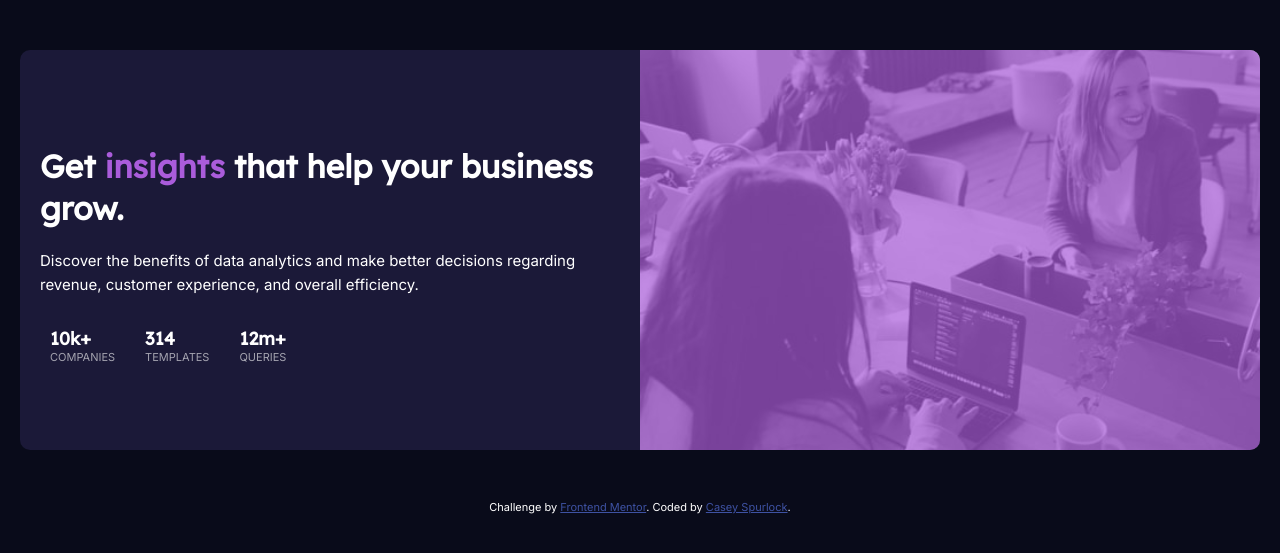
Repository: CaseySpurlock/stats-prewiew-component
Page: index.html
An editor plug-in stored every save of this project. The page is shown before and after the next save, followed by the edit.
The browser window is 1280 px wide. The pictures show the whole page.

Above is the page before, as saved 2021-06-22 12:29:13.

### index.html
<!DOCTYPE html>
<html lang="en">
<head>
  <meta charset="UTF-8">
  <meta name="viewport" content="width=device-width, initial-scale=1.0"> <!-- displays site properly based on user's device -->

  <link rel="icon" type="image/png" sizes="32x32" href="./images/favicon-32x32.png">

  <title>Frontend Mentor | Stats preview card component</title>

  <link rel="stylesheet" href="styles.css">
  <link rel="preconnect" href="https://fonts.googleapis.com">
  <link rel="preconnect" href="https://fonts.gstatic.com" crossorigin>
  <link href="https://fonts.googleapis.com/css2?family=Inter:wght@400;700&family=Lexend+Deca&display=swap" rel="stylesheet">

</head>

<body>

  <div class="container">
    <div class="card picture">
      <div class="overlay"></div>
    </div>
      <div class="card">
        <h1>Get <span>insights</span> that help your business grow.</h1>
      <p>Discover the benefits of data analytics and make better decisions regarding revenue, customer
        experience, and overall efficiency.</p>
        <ul>
          <li><span>10k+</span> companies</li>
          <li><span>314</span> templates</li>
          <li><span>12m+ </span> queries</li>
      </div>
      </div>








  <div class="attribution">
    Challenge by <a href="https://www.frontendmentor.io?ref=challenge" target="_blank">Frontend Mentor</a>.
    Coded by <a href="#">Casey Spurlock</a>.
  </div>
</body>
</html>

### styles.css
:root {
    --Very-dark-blue: hsl(233, 47%, 7%);
    --Dark-desaturated-blue: hsl(244, 38%, 16%);
    --Soft-violet: hsl(277, 64%, 61%);
    --White: hsl(0, 0%, 100%);
    --Slightly-transparent -white: hsla(0, 0%, 100%, 0.75);
    --Slightly-transparent-white: hsla(0, 0%, 100%, 0.6);
}

* {
    margin: 0;
    padding: 0;
    box-sizing: border-box;
}

img {
    max-width: 100%;
}

ul {
    list-style-type: none;
}

body {
    font-family: "Inter", sans-serif;
    background-color: var(--Very-dark-blue);
}

p {
    font-size: 15px;
    line-height: 1.6;
}

.container {
    background-color: var(--Dark-desaturated-blue);
    color: var(--White);
    margin: 50px 20px;
    padding: 0 0 20px;
    border-radius: 10px;
    text-align: center;
}

.container .picture  {
    background: url(./images/image-header-mobile.jpg)
    no-repeat center/cover;
    height: 400px;
    border-radius: 10px 10px 0 0;
}

.container .picture .overlay {
    background-color: hsl(277, 64%, 61%, .7);
    height: 400px;
    border-radius: 10px 10px 0 0;
}

.container .card p {
    padding: 0 20px;
    margin-bottom: 30px;
}

.container .card h1 {
    margin: 30px 0 20px;
    padding: 0 20px;
    line-height: 1.3;
    font-family: "lexend deca", sans-serif;
}

.container .card h1 span {
    color: var(--Soft-violet);
}

.container .card ul li {
    margin-bottom: 20px;
    text-transform: uppercase;
    color: hsla(0, 0%, 100%, 0.6);
}

.container .card ul li span {
    color: var(--White);
    display: block;
    text-transform: lowercase;
    font-weight: 700;
    font-family: "lexend deca", sans-serif;
}

.container .card ul {
    padding-left: 30px;
    display: flex;
}

.attribution {
    font-size: 11px;
    text-align: center;
    color: white;
    padding-bottom: 20px;
}
.attribution a {
    color: hsl(228, 45%, 44%);
}

@media (min-width: 768px) {
    .container {
        display: flex;
        flex-direction: row-reverse;
        align-items: center;
        justify-content: center;
        padding: 0;
        text-align: left;
    }

    .container .picture {
        background: url(./images/image-header-desktop.jpg) no-repeat center/cover;
        min-width: 50%;
        border-radius: 0 10px 10px 0;
    }

    .container .picture .overlay {
        background-color: hsl(277, 64%, 61%, .7);
        height: 400px;
        border-radius: 0 10px 10px 0;
    }

    .container .card ul li {

        margin-right: 30px;
        font-size: 11px;
    }

    .container .card ul li span {
        display: block;
        text-transform: lowercase;
        font-weight: 700;
        font-family: "lexend deca", sans-serif;
        font-size: 18px;
    }
}

After the next save:
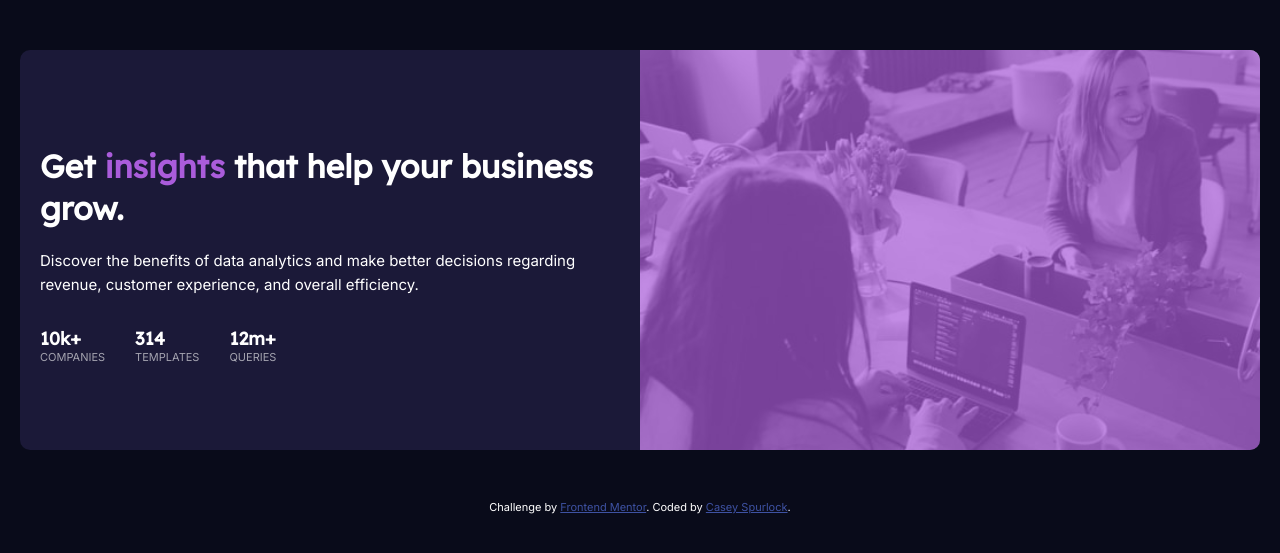
Saved 39 s later.
--- a/styles.css
+++ b/styles.css
@@ -84,7 +84,7 @@
 }
 
 .container .card ul {
-    padding-left: 30px;
+    padding-left: 20px;
     display: flex;
 }
 
